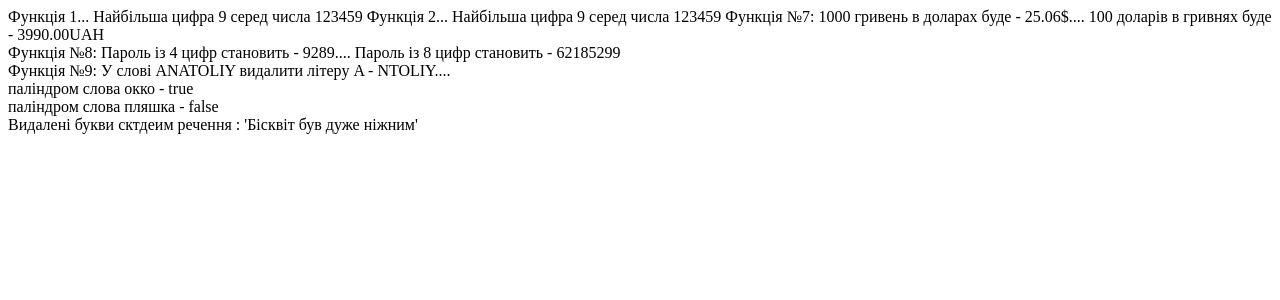
Repository: batonAnton/cursor_js_hw_3
Page: index.html
An editor plug-in stored every save of this project. The page is shown before and after the next save, followed by the edit.
The browser window is 1280 px wide. The pictures show the whole page.

Above is the page before, as saved 2022-08-31 15:25:26.

After the next save:
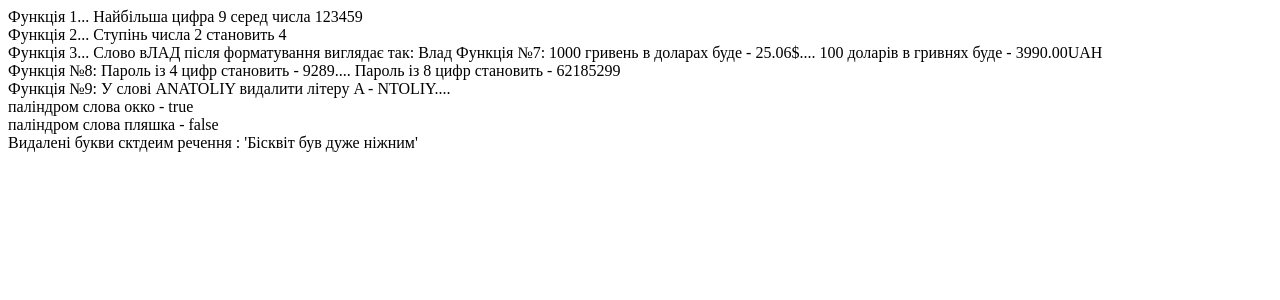
Saved 5 min 9 s later.
--- a/js/index.js
+++ b/js/index.js
@@ -14,16 +14,15 @@ document.writeln(`Функція 1... Найбільша цифра ${getMaxDigi
 
 // 2 task
 function exponentDigit(a,b){
-    let first = a;
-    let second = b;
+
     let res = 1;
     for(let i = 0; i < b; i++ ){
         res *= a;
     }return res;
 }
-
-console.log(exponentDigit(2,2));
-document.writeln(`Функція 2... Найбільша цифра ${getMaxDigit(argNew)} серед числа ${argNew}`);
+let a = 2;
+let b = 2;
+document.writeln(` <br> Функція 2... Ступінь числа ${a} становить   ${exponentDigit(a,b)} `);
 
 
 // 3 task
@@ -32,8 +31,9 @@ function nameChange(name) {
     return  name.charAt(0).toUpperCase() +  name.slice(1).toLowerCase();
   }
 
+let name = "вЛАД";
+document.writeln(` <br> Функція 3... Слово ${name} після форматування виглядає так:   ${nameChange(name)} `);
 
-console.log(nameChange("toLik"));
 
 // 4 task
 
